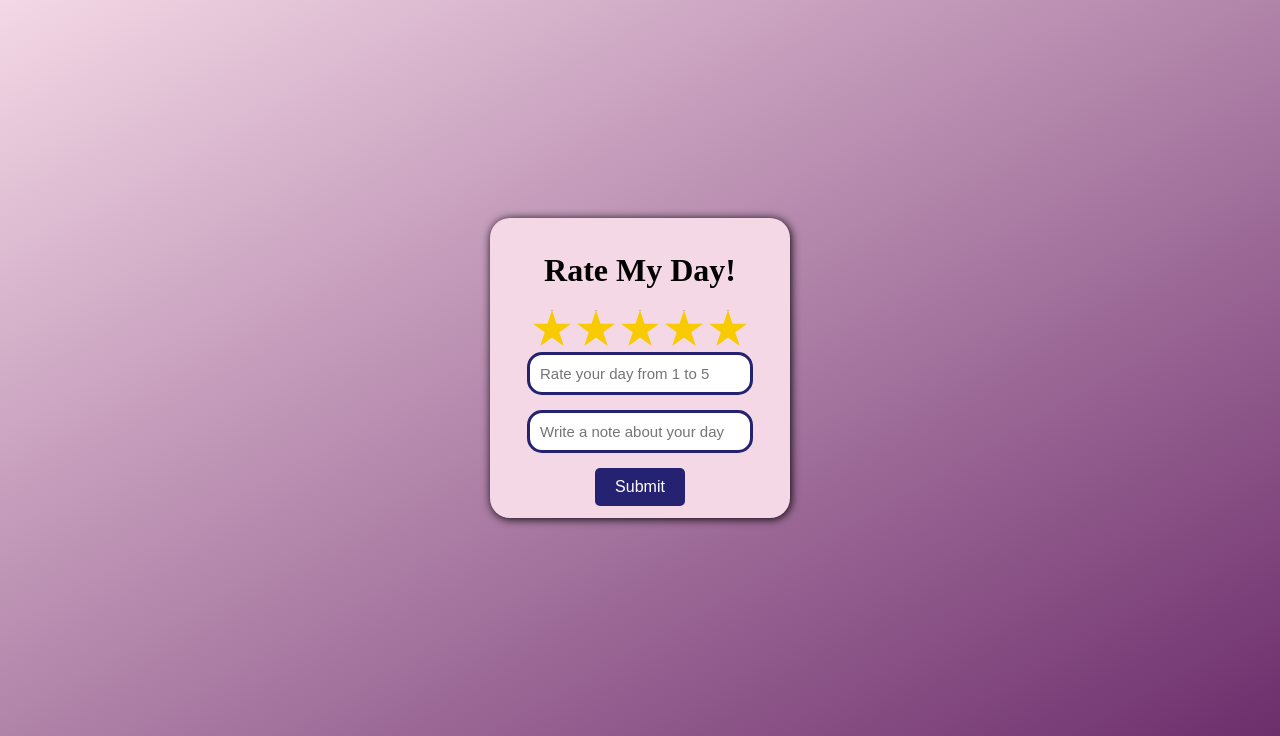
Repository: elenav24/RateMyDay
Page: frontend/index.html
These files come from the project's save history. The page is drawn as it stood at one moment and after the next save; the edit follows.
The browser window is 1280 px wide. The pictures show the whole page.

Above is the page before, as saved 2025-05-15 13:26:06.

### frontend/index.html
<!DOCTYPE html>

<html lang="en">
    <head>
        <meta charset="utf-8">
        <title>Rate My Day!</title>
        <meta name="description" content="Welcome to Rate My Day!">
        <meta name="viewport" content="width=device-width, initial-scale=1">
        <link rel="stylesheet" href="style.css">
    </head>
    <body>
        <div class="card">
            <h1>Rate My Day!</h1>
                <div class="stars">
                    <button class="star-btn" id="star1" onclick=fillStar(1) data-value="1"></button>
                    <button class="star-btn" id="star2" onclick=fillStar(2) data-value="2"></button>
                    <button class="star-btn" id="star3" onclick=fillStar(3) data-value="3"></button>
                    <button class="star-btn" id="star4" onclick=fillStar(4) data-value="4"></button>
                    <button class="star-btn" id="star5" onclick=fillStar(5) data-value="5"></button>
                </div>
            <input type="text" id="rating" placeholder="Rate your day from 1 to 5">
            <input type="text" id="note" placeholder="Write a note about your day">
            <button id="submit">Submit</button>
        </div>

        <script src="script.js" defer></script>
    </body>
</html>

### frontend/style.css
body {
    display: flex;
    justify-content: center;
    align-items: center;
    height: 100vh;
    background: linear-gradient(to right bottom, #f4d8e6, #6d2e6c);
}

.card {
    display: flex;
    flex-direction: column;
    align-items: center;
    justify-content: center;
    width: 300px;
    height: 300px;
    box-shadow: 1px 1px 10px #000;
    border-radius: 20px;
    background-color: #f4d8e6;
}

#rating, #note {
    border: 3px solid #252271;
    border-radius: 15px;
    width: 200px;
    padding: 10px;
    padding-left: 10px;
    margin-bottom: 15px;
    font-size: 15px;
}

#submit {
    background-color: #252271;
    color: white;
    border: none;
    border-radius: 5px;
    padding: 10px 20px;
    cursor: pointer;
    font-size: 16px;
}

.star-btn {
    width: 40px;
    aspect-ratio: 1;
    background: #F8CA00;
    clip-path: polygon(50% 0,
        calc(50%*(1 + sin(.4turn))) calc(50%*(1 - cos(.4turn))),
        calc(50%*(1 - sin(.2turn))) calc(50%*(1 - cos(.2turn))),
        calc(50%*(1 + sin(.2turn))) calc(50%*(1 - cos(.2turn))),
        calc(50%*(1 - sin(.4turn))) calc(50%*(1 - cos(.4turn)))
    );
    border: 1px solid #000;
    /* or more simple
    clip-path: polygon(50% 0,79% 90%,2% 35%,98% 35%,21% 90%);
   */
}

.star-btn.hover {
    color: gold;
}

.star-btn.filled {
    color: gold;
}

### frontend/script.js
document.addEventListener('DOMContentLoaded', () => {
    const button = document.getElementById('submit');
    const rating = document.getElementById('rating');
    const note = document.getElementById('note');

    button.addEventListener('click', async () => {
        const ratingValue = parseInt(rating.value);
        const noteValue = note.value;

        if (isNaN(ratingValue) || ratingValue < 1 || ratingValue > 5) {
            alert('Please enter a valid rating between 1 and 5.');
            return;
        }

        const payload = {
            rating: ratingValue,
            note: noteValue
        };

        try {
            const response = await fetch('http://localhost:8000/rate', {
                method: 'POST',
                headers: {
                    'Content-Type': 'application/json'
                },
                body: JSON.stringify(payload)

            });

            const data = await response.json();
            alert(data.message);



        } catch (error) {
            console.error('Submission Error:', error);
            alert('An error occurred while submitting your rating.');
        }

        // Clear the input fields after submission
        rating.value = '';
        note.value = '';

    });

});

const stars = document.querySelectorAll('.stars .star-btn');

stars.forEach(star => {
    star.addEventListener('mouseenter', () => {
        const value = parseInt(star.getAttribute('data-value'));
        highlightStars(value);
});

    star.addEventListener('mouseleave', () => {
        highlightStars(0); // Clear preview
});

    star.addEventListener('click', () => {
        const value = parseInt(star.getAttribute('data-value'));
        fillStars(value);
    });
});

    function highlightStars(value) {
    stars.forEach(star => {
        const starValue = parseInt(star.getAttribute('data-value'));
        star.classList.toggle('hover', starValue <= value);
    });
}

    function fillStars(value) {
    stars.forEach(star => {
        const starValue = parseInt(star.getAttribute('data-value'));
        star.classList.toggle('filled', starValue <= value);
    });
}

After the next save:
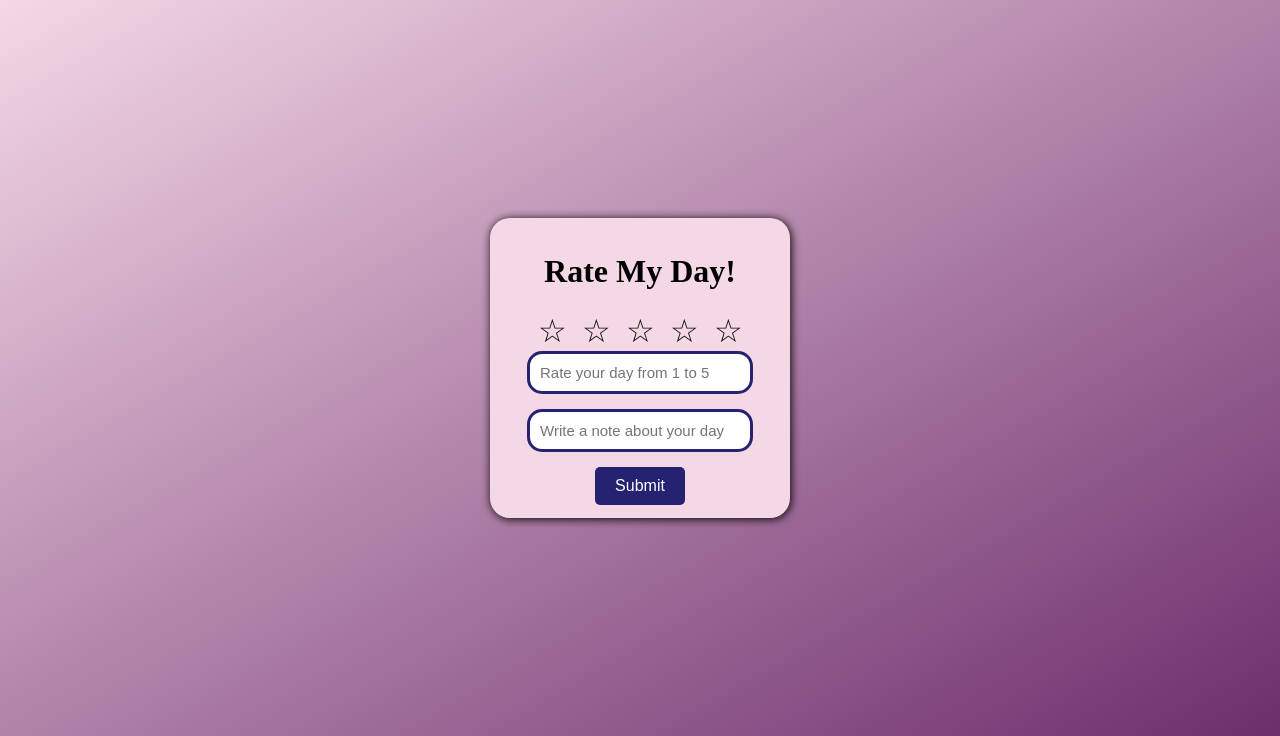
Saved 114 min 51 s later.
--- a/frontend/style.css
+++ b/frontend/style.css
@@ -40,24 +40,23 @@ body {
 
 .star-btn {
     width: 40px;
-    aspect-ratio: 1;
-    background: #F8CA00;
-    clip-path: polygon(50% 0,
-        calc(50%*(1 + sin(.4turn))) calc(50%*(1 - cos(.4turn))),
-        calc(50%*(1 - sin(.2turn))) calc(50%*(1 - cos(.2turn))),
-        calc(50%*(1 + sin(.2turn))) calc(50%*(1 - cos(.2turn))),
-        calc(50%*(1 - sin(.4turn))) calc(50%*(1 - cos(.4turn)))
-    );
-    border: 1px solid #000;
-    /* or more simple
-    clip-path: polygon(50% 0,79% 90%,2% 35%,98% 35%,21% 90%);
-   */
+    height: 40px;
+    background: none;
+    border: none;
+    cursor: pointer;
+    font-size: 32px;
 }
 
-.star-btn.hover {
+.star-btn.hover::before {
     color: gold;
 }
 
-.star-btn.filled {
+.star-btn::before {
+    content: '☆';
+    color: rgb(16, 16, 15);
+}
+
+.star-btn.filled::before {
+    content: '★';
     color: gold;
 }
